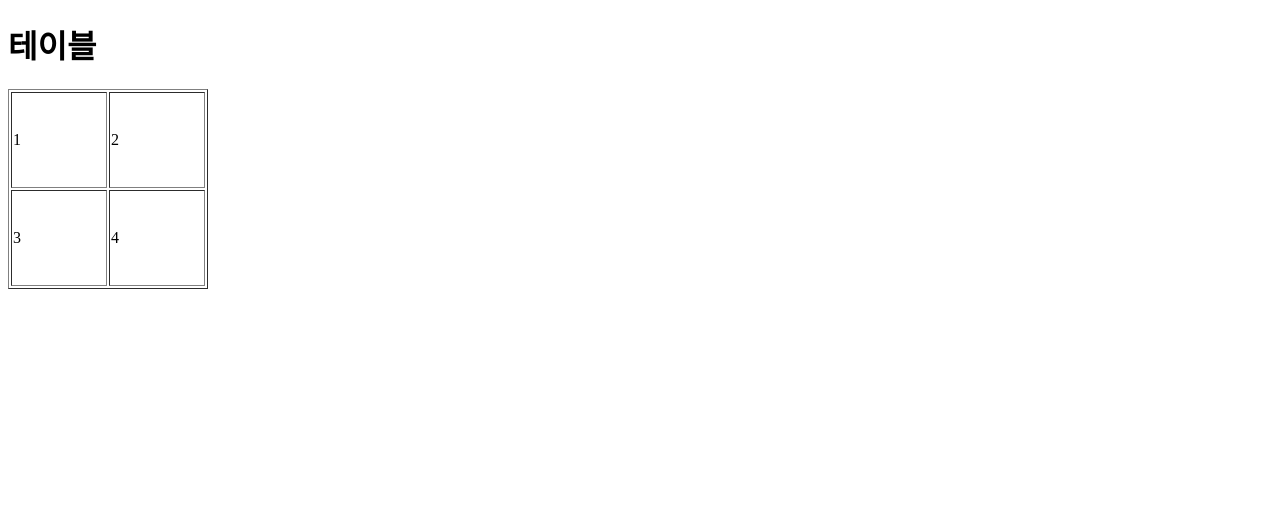
Repository: kmd192kmd/Web
Page: html/HtmlTest/src/main/webapp/ex15_table.html
An editor plug-in stored every save of this project. The page is shown before and after the next save, followed by the edit.
The browser window is 1280 px wide. The pictures show the whole page.

Above is the page before, as saved 2026-02-13 06:12:17.

After the next save:
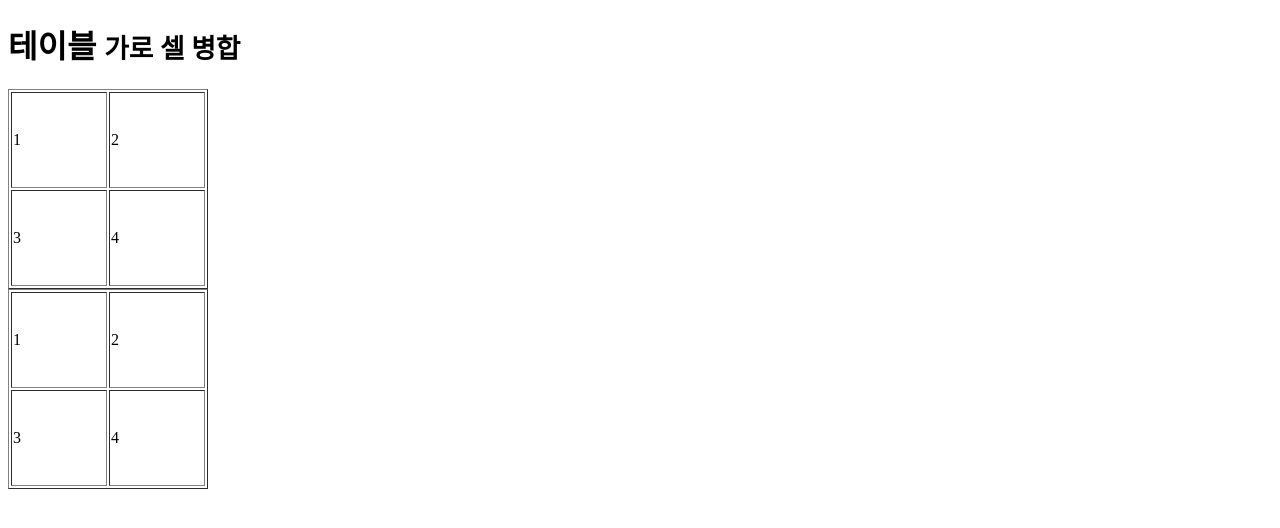
Saved 3 min 49 s later.
--- a/html/HtmlTest/src/main/webapp/ex15_table.html
+++ b/html/HtmlTest/src/main/webapp/ex15_table.html
@@ -7,7 +7,18 @@
 <body>
 	<!-- ex15_table.html -->
 	<!-- 테이블 셀 병합 -->
-	<h1>테이블</h1>
+	<h1>테이블 <small>가로 셀 병합</small></h1>
+
+	<table border="1" width="200" height="200">
+		<tr>
+			<td>1</td>
+			<td>2</td>
+		</tr>
+		<tr>
+			<td>3</td>
+			<td>4</td>
+		</tr>
+	</table>
 
 	<table border="1" width="200" height="200">
 		<tr>
